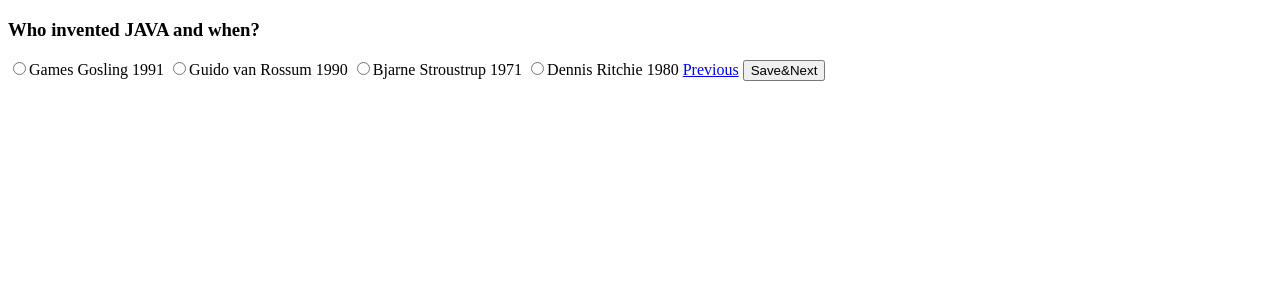
Repository: Rupali-8062Chourasiya5279/Internship_Task_Rupali
Page: Programming Language/quiz/QuizApp/src/main/webapp/Second.html
The author's editor kept a copy of each file at every save. The page is drawn from the files as they stood at one save, then again after the next save.
The browser window is 1280 px wide. The pictures show the whole page.

Above is the page before, as saved 2025-01-24 13:52:45.

### Programming Language/quiz/QuizApp/src/main/webapp/Second.html
<!DOCTYPE html>
<html>
<head>
<meta charset="UTF-8">
<title>Que2</title>
</head>
<body>
	<form action="Second" method="post">
	<div>
	<h3>Who invented JAVA  and when?</h3>
	<input type="radio" name="q2" value="James Gosling 1991">Games Gosling 1991</input>
	<input type="radio" name="q2" value="Guido van Rossum">Guido van Rossum 1990</input>
	<input type="radio" name="q2" value="Bjarne Stroustrup">Bjarne Stroustrup 1971</input>
	<input type="radio" name="q2" value="Dennis Ritchie">Dennis Ritchie 1980</input>
	<a href="First.html">Previous</a>
	<input type="submit" value="Save&Next">
	</div>
	</form>
</body>
</html>

After the next save:
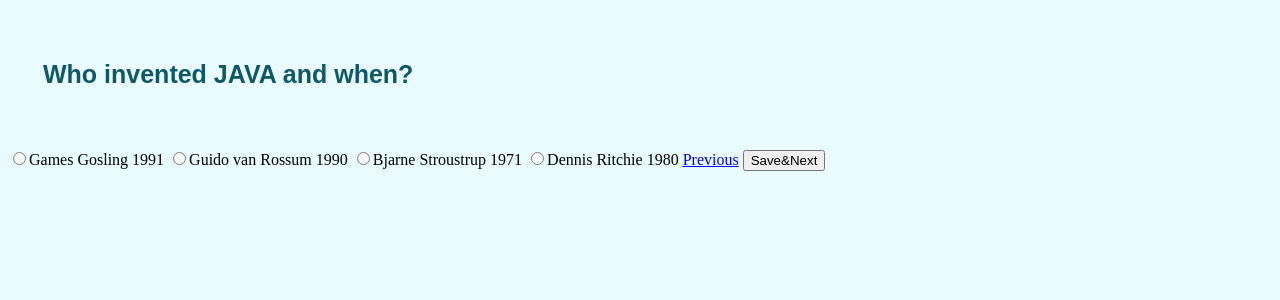
Saved 72 s later.
--- a/Programming Language/quiz/QuizApp/src/main/webapp/Second.html
+++ b/Programming Language/quiz/QuizApp/src/main/webapp/Second.html
@@ -3,6 +3,59 @@
 <head>
 <meta charset="UTF-8">
 <title>Que2</title>
+<style>
+body
+{
+background-color: #7ce0f4;
+}
+#div1
+{
+background-color: white;
+height :400px ;
+width : 600px;
+margin-left: 30%;
+margin-top: 10%;
+}
+ h3
+ {
+ padding:35px;
+ font: bold;
+ color: #0f5866;
+ font-family: sans-serif;
+ font-size: 25px;
+ }
+ #a{
+ text-decoration: none;
+ font: bold;
+ color: white;
+ background-color:#0f5866;
+ font-family: sans-serif;
+ padding:5px 10px 5px 10px;
+ margin-left:50px;
+ font-size: 15px;
+ border-radius: 10px;
+ }
+ #sub
+ {
+ font: bold;
+ color: white;
+ background-color:#0f5866;
+ font-family: sans-serif;
+ float:right;
+ padding:5px 10px 5px 10px;
+ margin-right:100px;
+ font-size: 15px;
+ border-radius: 10px;
+ }
+ body
+ {
+ background-color: #e9fbfe;
+ }
+ .c1
+ {
+ margin-left: 50px;
+ }
+</style>
 </head>
 <body>
 	<form action="Second" method="post">
